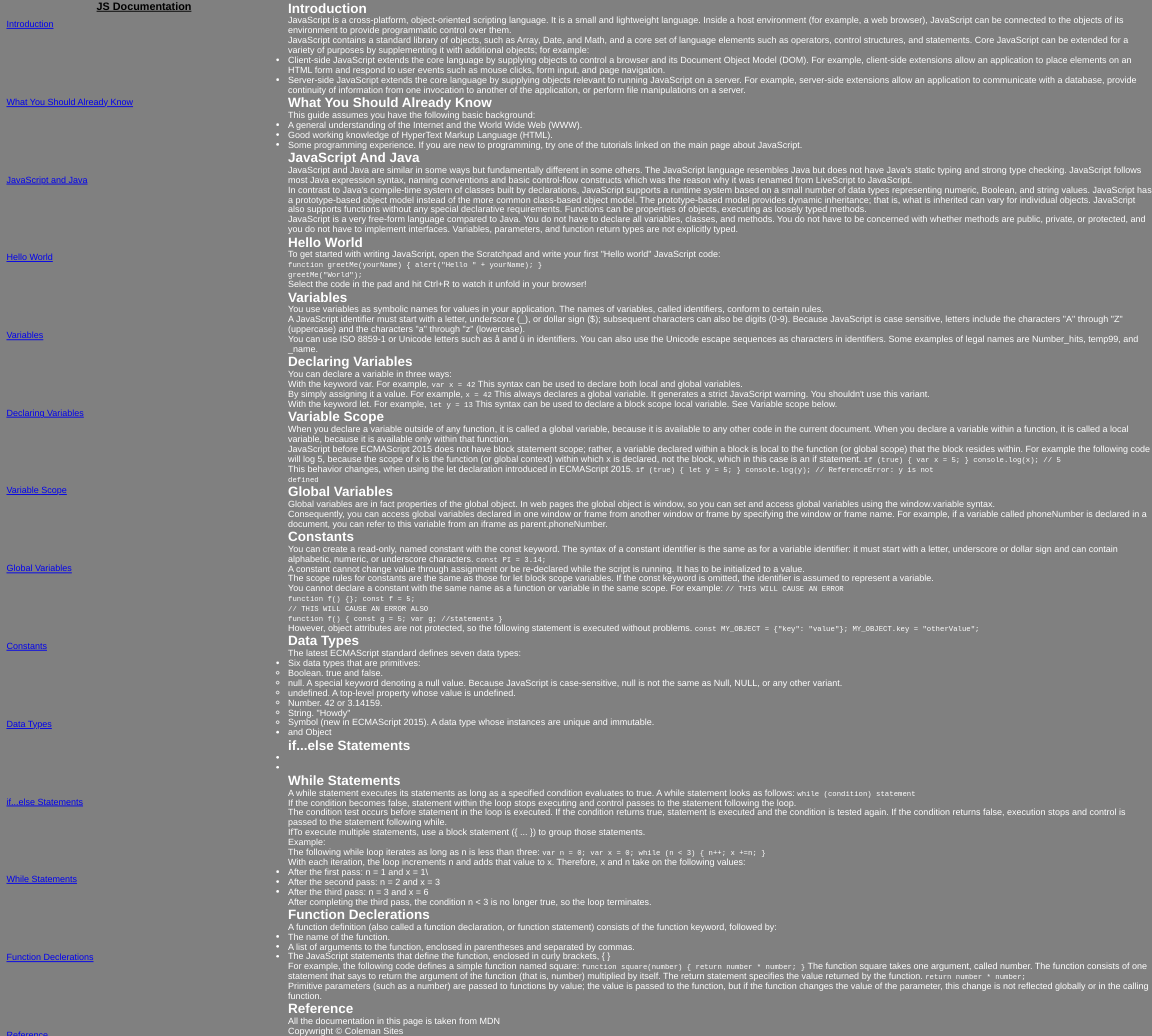
Repository: ctcoleman/technicalDocumentationPage
Page: index.html
These files come from the project's save history. The page is drawn as it stood at one moment and after a run of saves; the edit follows.
The browser window is 1280 px wide. The pictures show the whole page, at 90% of full size.

Above is the page before, as saved 2020-07-10 19:50:48.

### index.html
<!DOCTYPE html>
<html lang="en">

<head>
  <meta charset="UTF-8">
  <meta name="viewport" content="width=device-width, initial-scale=1.0">
  <title>FCC: Technical Documentation Page</title>
  <link type="text/css" rel="stylesheet" href="/assets/stylesheets/style.css">
</head>

<body>

  <nav id="navbar">
    <header id="main-heading">
      <h1>JS Documentation</h1>
    </header>
    <div class="nav-container">
      <a class="nav-link" href="#introduction">Introduction</a>
      <a class="nav-link" href="#what_you_should_already_know">What You Should Already Know</a>
      <a class="nav-link" href="#javaScript_and_java">JavaScript and Java</a>
      <a class="nav-link" href="#hello_world">Hello World</a>
      <a class="nav-link" href="#variables">Variables</a>
      <a class="nav-link" href="#declaring_variables">Declaring Variables</a>
      <a class="nav-link" href="#variable_scope">Variable Scope</a>
      <a class="nav-link" href="#global_variables">Global Variables</a>
      <a class="nav-link" href="#constants">Constants</a>
      <a class="nav-link" href="#data_types">Data Types</a>
      <a class="nav-link" href="#if...else_statements">if...else Statements</a>
      <a class="nav-link" href="#while_statements">While Statements</a>
      <a class="nav-link" href="#function_declerations">Function Declerations</a>
      <a class="nav-link" href="#reference">Reference</a>
    </div>
  </nav>

  <main id="main-doc">

    <section class="main-section" id="introduction">
      <header class="topic-header">
        <h2>Introduction</h2>
      </header>
      <article>
        <p>
          JavaScript is a cross-platform, object-oriented scripting language. It is a small and lightweight language.
          Inside a host environment (for example, a web browser), JavaScript can be connected to the objects of its
          environment to provide programmatic control over them.
        </p>
        <p>
          JavaScript contains a standard library of objects, such as Array, Date, and Math, and a core set of language
          elements such as operators, control structures, and statements. Core JavaScript can be extended for a variety
          of purposes by supplementing it with additional objects; for example:
        <ul>
          <li>Client-side JavaScript extends the core language by supplying objects to control a browser and its
            Document Object Model (DOM). For example, client-side extensions allow an application to place elements on
            an HTML form and respond to user events such as mouse clicks, form input, and page navigation.</li>
          <li>Server-side JavaScript extends the core language by supplying objects relevant to running JavaScript on a
            server. For example, server-side extensions allow an application to communicate with a database, provide
            continuity of information from one invocation to another of the application, or perform file manipulations
            on a server.</li>
        </ul>
        </p>
      </article>
    </section>

    <section class="main-section" id="what_you_should_already_know">
      <header class="topic-header">
        <h2>What You Should Already Know</h2>
      </header>
      <article>
        <p>
          This guide assumes you have the following basic background:
        <ul>
          <li>A general understanding of the Internet and the World Wide Web (WWW).
          </li>
          <li>Good working knowledge of HyperText Markup Language (HTML).
          </li>
          <li>Some programming experience. If you are new to programming, try one of the tutorials linked on the main
            page about JavaScript.
          </li>
        </ul>
        </p>
      </article>
    </section>

    <section class="main-section" id="javaScript_and_java">
      <header class="topic-header">
        <h2>JavaScript And Java</h2>
      </header>
      <article>
        <p>
          JavaScript and Java are similar in some ways but fundamentally different in some others. The JavaScript
          language resembles Java but does not have Java's static typing and strong type checking. JavaScript follows
          most Java expression syntax, naming conventions and basic control-flow constructs which was the reason why it
          was renamed from LiveScript to JavaScript.
        </p>
        <p>
          In contrast to Java's compile-time system of classes built by declarations, JavaScript supports a runtime
          system based on a small number of data types representing numeric, Boolean, and string values. JavaScript has
          a prototype-based object model instead of the more common class-based object model. The prototype-based model
          provides dynamic inheritance; that is, what is inherited can vary for individual objects. JavaScript also
          supports functions without any special declarative requirements. Functions can be properties of objects,
          executing as loosely typed methods.
        </p>
        <p>
          JavaScript is a very free-form language compared to Java. You do not have to declare all variables, classes,
          and methods. You do not have to be concerned with whether methods are public, private, or protected, and you
          do not have to implement interfaces. Variables, parameters, and function return types are not explicitly
          typed.
        </p>
      </article>
    </section>

    <section class="main-section" id="hello_world">
      <header class="topic-header">
        <h2>Hello World</h2>
      </header>
      <article>
        <p>
          To get started with writing JavaScript, open the Scratchpad and write your first "Hello world" JavaScript
          code:
        </p>
        <code>
          function greetMe(yourName) { alert("Hello " + yourName); }<br>
          greetMe("World");
        </code>
        <p>
          Select the code in the pad and hit Ctrl+R to watch it unfold in your browser!
        </p>
      </article>
    </section>

    <section class="main-section" id="variables">
      <header class="topic-header">
        <h2>Variables</h2>
      </header>
      <article>
        <p>
          You use variables as symbolic names for values in your application. The names of variables, called
          identifiers, conform to certain rules.
        </p>
        <p>
          A JavaScript identifier must start with a letter, underscore (_), or dollar sign ($); subsequent characters
          can also be digits (0-9). Because JavaScript is case sensitive, letters include the characters "A" through "Z"
          (uppercase) and the characters "a" through "z" (lowercase).
        </p>
        <p>
          You can use ISO 8859-1 or Unicode letters such as å and ü in identifiers. You can also use the Unicode escape
          sequences as characters in identifiers. Some examples of legal names are Number_hits, temp99, and _name.
        </p>
      </article>
    </section>

    <section class="main-section" id="declaring_variables">
      <header class="topic-header">
        <h2>Declaring Variables</h2>
      </header>
      <article>
        <p>
          You can declare a variable in three ways:
        </p>
        <p>
          With the keyword var. For example,
          <code> var x = 42</code>
          This syntax can be used to declare both local and global variables.
        </p>
        <p>
          By simply assigning it a value. For example,
          <code>x = 42</code>
          This always declares a global variable. It generates a strict JavaScript warning. You shouldn't use this
          variant.
        </p>
        <p>
          With the keyword let. For example,
          <code>let y = 13</code>
          This syntax can be used to declare a block scope local variable. See Variable scope below.
        </p>
      </article>
    </section>

    <section class="main-section" id="variable_scope">
      <header class="topic-header">
        <h2>Variable Scope</h2>
      </header>
      <article>
        <p>
          When you declare a variable outside of any function, it is called a global variable, because it is available
          to any other code in the current document. When you declare a variable within a function, it is called a local
          variable, because it is available only within that function.
        </p>
        <p>
          JavaScript before ECMAScript 2015 does not have block statement scope; rather, a variable declared within a
          block is local to the function (or global scope) that the block resides within. For example the following code
          will log 5, because the scope of x is the function (or global context) within which x is declared, not the
          block, which in this case is an if statement.
          <code>if (true) { var x = 5; } console.log(x); // 5</code>
        </p>
        <p>
          This behavior changes, when using the let declaration introduced in ECMAScript 2015.
          <code>if (true) { let y = 5; } console.log(y); // ReferenceError: y is not<br>
          defined</code>
        </p>
      </article>
    </section>

    <section class="main-section" id="global_variables">
      <header class="topic-header">
        <h2>Global Variables</h2>
      </header>
      <article>
        <p>
          Global variables are in fact properties of the global object. In web pages the global object is window, so you
          can set and access global variables using the window.variable syntax.
        </p>
        <p>
          Consequently, you can access global variables declared in one window or frame from another window or frame by
          specifying the window or frame name. For example, if a variable called phoneNumber is declared in a document,
          you can refer to this variable from an iframe as parent.phoneNumber.
        </p>
      </article>
    </section>

    <section class="main-section" id="constants">
      <header class="topic-header">
        <h2>Constants</h2>
      </header>
      <article>
        <p>
          You can create a read-only, named constant with the const keyword. The syntax of a constant identifier is the
          same as for a variable identifier: it must start with a letter, underscore or dollar sign and can contain
          alphabetic, numeric, or underscore characters.
          <code>const PI = 3.14;</code>
        </p>
        <p>
          A constant cannot change value through assignment or be re-declared while the script is running. It has to be
          initialized to a value.
          <br>
          The scope rules for constants are the same as those for let block scope variables. If the const keyword is
          omitted, the identifier is assumed to represent a variable.
          <br>
          You cannot declare a constant with the same name as a function or variable in the same scope. For example:
          <code>
            // THIS WILL CAUSE AN ERROR<br> function f() {}; const f = 5;<br> // THIS WILL
            CAUSE AN ERROR ALSO<br> function f() { const g = 5; var g; //statements
            }
          </code>
        </p>
        <p>
          However, object attributes are not protected, so the following statement is executed without problems.

          <code>
            const MY_OBJECT = {"key": "value"}; MY_OBJECT.key = "otherValue";
          </code>
        </p>
      </article>
    </section>

    <section class="main-section" id="data_types">
      <header class="topic-header">
        <h2>Data Types</h2>
      </header>
      <article>
        <p>
          The latest ECMAScript standard defines seven data types:
        <ul>
          <li>Six data types that are primitives:</li>
          <ul>
            <li>Boolean. true and false.</li>
            <li>null. A special keyword denoting a null value. Because JavaScript is case-sensitive, null is not the
              same as Null, NULL,
              or any other variant.</li>
            <li>undefined. A top-level property whose value is undefined.</li>
            <li>Number. 42 or 3.14159.</li>
            <li>String. "Howdy"</li>
            <li>Symbol (new in ECMAScript 2015). A data type whose instances are unique and immutable.</li>
          </ul>
          <li>and Object</li>
        </ul>
        </p>
        <p>

        </p>
      </article>
    </section>

    <section class="main-section" id="if...else_statements">
      <header class="topic-header">
        <h2>if...else Statements</h2>
      </header>
      <article>
        <p>
        <ul>
          <li></li>
          <li></li>
        </ul>
        </p>
        <p>

        </p>
      </article>
    </section>

    <section class="main-section" id="while_statements">
      <header class="topic-header">
        <h2>While Statements</h2>
      </header>
      <article>
        <p>
          A while statement executes its statements as long as a specified condition evaluates to true. A while
          statement looks as
          follows:
          <code>while (condition) statement</code>
        </p>
        <p>
          If the condition becomes false, statement within the loop stops executing and control passes to the statement
          following the loop.
          <br>
          The condition test occurs before statement in the loop is executed. If the condition returns true, statement
          is executed and the condition is tested again. If the condition returns false, execution stops and control is
          passed to the statement following while.
        </p>
        <p>
          IfTo execute multiple statements, use a block statement ({ ... }) to group those statements.
          <br>
          Example:
          <br>
          The following while loop iterates as long as n is less than three:
          <code>
            var n = 0; var x = 0; while (n < 3) { n++; x +=n; }
          </code>
        </p>
        <p>
          With each iteration, the loop increments n and adds that value to x. Therefore, x and n take on the following
          values:
        <ul>
          <li>
            After the first pass: n = 1 and x = 1\
          </li>
          <li>
            After the second pass: n = 2 and x = 3
          </li>
          <li>
            After the third pass: n = 3 and x = 6
          </li>
        </ul>
        After completing the third pass, the condition n < 3 is no longer true, so the loop terminates. </p>
      </article>
    </section>

    <section class="main-section" id="function_declerations">
      <header class="topic-header">
        <h2>Function Declerations</h2>
      </header>
      <article>
        <p>
          A function definition (also called a function declaration, or function statement) consists of the function
          keyword, followed by:
        <ul>
          <li>The name of the function.</li>
          <li>A list of arguments to the function, enclosed in parentheses and separated by commas.</li>
          <li>The JavaScript statements that define the function, enclosed in curly brackets, { }</li>
        </ul>
        </p>
        For example, the following code defines a simple function named square:
        <code>function square(number) { return number * number; }</code>
        The function square takes one argument, called number. The function consists of one statement that says to
        return the
        argument of the function (that is, number) multiplied by itself. The return statement specifies the value
        returned by
        the function.
        <code>return number * number;</code>

        <p>
          Primitive parameters (such as a number) are passed to functions by value; the value is passed to the function,
          but if the function changes the value of the parameter, this change is not reflected globally or in the
          calling function.
        </p>
      </article>
    </section>

    <section class="main-section" id="reference">
      <header class="topic-header">
        <h2>Reference</h2>
      </header>
      <article>
        <p>
          All the documentation in this page is taken from MDN
          <p />
      </article>
    </section>

    <footer id="footer-wrapper">
      <span>Copywright &copy; Coleman Sites</span>
    </footer>
  </main>
  <script src="https://cdn.freecodecamp.org/testable-projects-fcc/v1/bundle.js"></script>
</body>

</html>

### assets/stylesheets/style.css
/** Basic Styling **/
* {
  margin: 0;
  padding: 0;
  outline: 0;
  box-sizing: border-box;
}

body {
 background: grey;
 color: white;
 -webkit-font-smoothing: antialiased;
 display: flex;
}

body,
input,
button {
 font-size: 62.5%;
 font-family: 'Helvetica';
}

button {
 cursor: pointer;
}

/** NavBar Styling **/
#navbar {
  width: 25vw;
}
/** Heading Stying **/

#main-heading {
  width: 25vw;
  text-align: center;
  text-decoration: underline;
  color: black;
}

#main-heading h1 {
  font-size: .75rem;
}

.nav-container {
  position: fixed;
  left: 0;
  display: flex;
  flex-direction: column;
}

.nav-container .nav-link {
  display: inline-block;
  width: 25vw;
  height: 10vh;
  margin: 1vh;
}

After the next 2 saves:
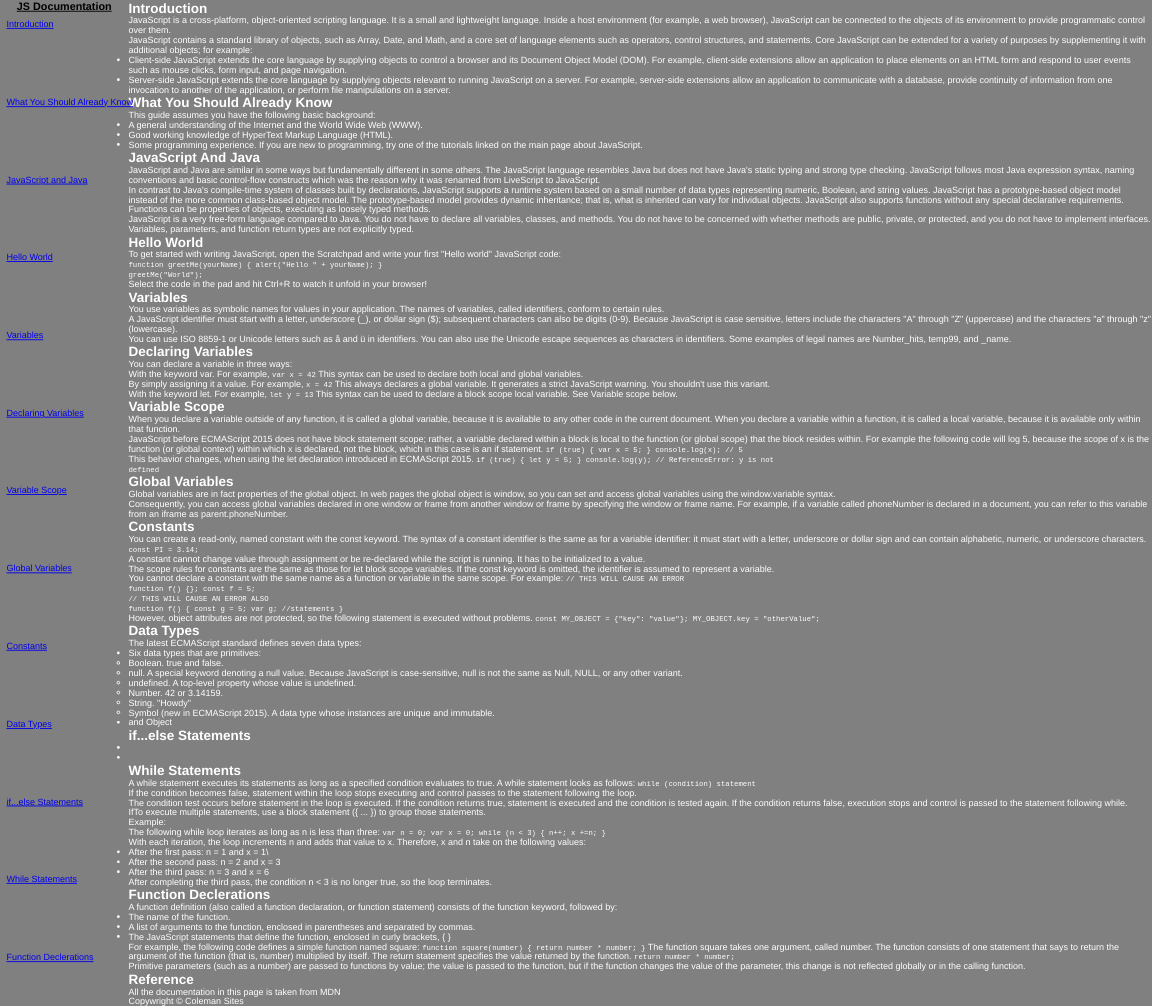
The 2 saves are shown as one change because they came seconds apart.
The last was saved 11 s later.
--- a/assets/stylesheets/style.css
+++ b/assets/stylesheets/style.css
@@ -31,6 +31,7 @@
 /** Heading Stying **/
 
 #main-heading {
+  margin:
   width: 25vw;
   text-align: center;
   text-decoration: underline;

After the 2 saves that followed:
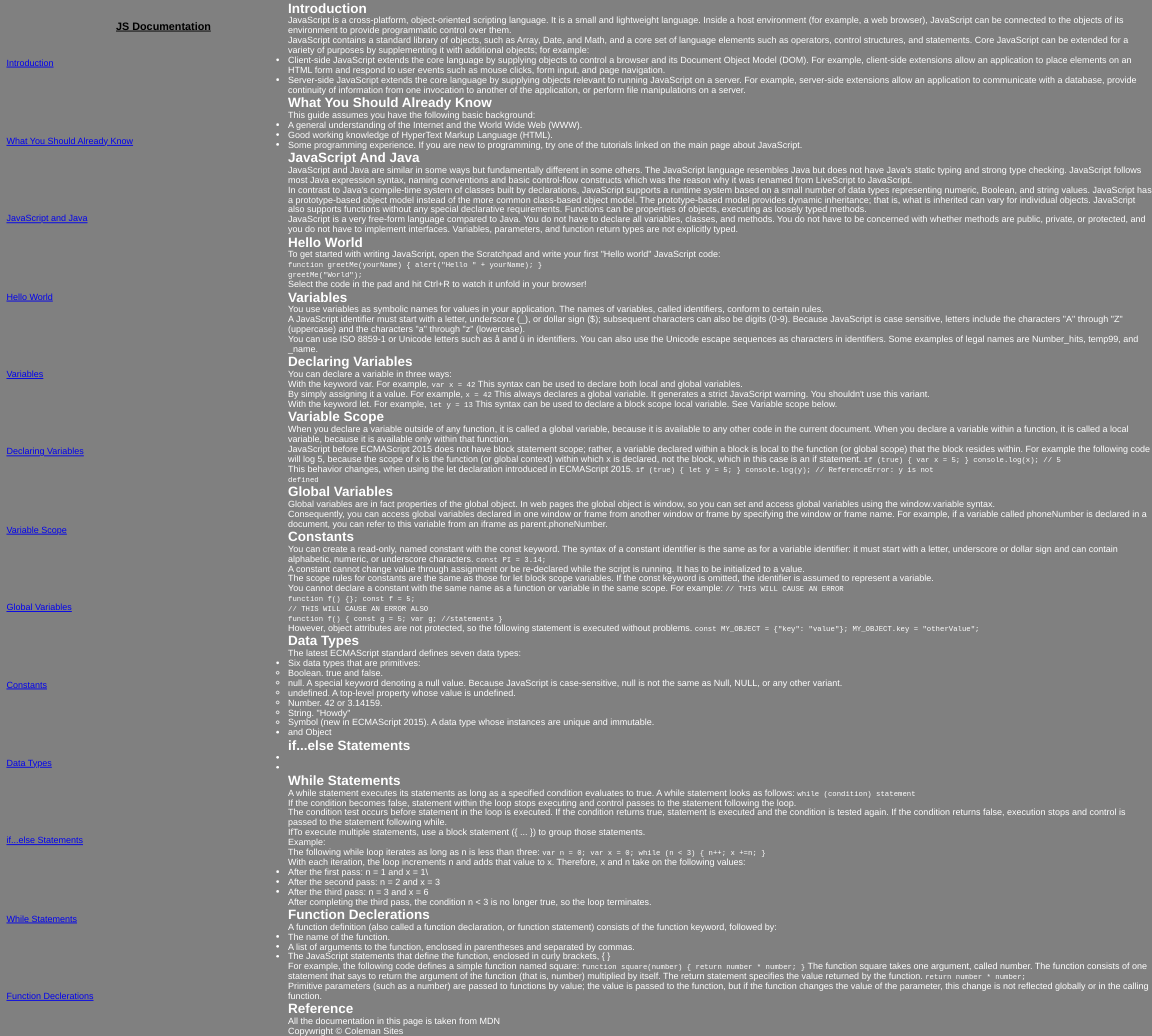
The 2 saves are shown as one change because they came seconds apart.
The last was saved 6 s later.
--- a/assets/stylesheets/style.css
+++ b/assets/stylesheets/style.css
@@ -31,7 +31,7 @@
 /** Heading Stying **/
 
 #main-heading {
-  margin:
+  margin: 3vh;
   width: 25vw;
   text-align: center;
   text-decoration: underline;
